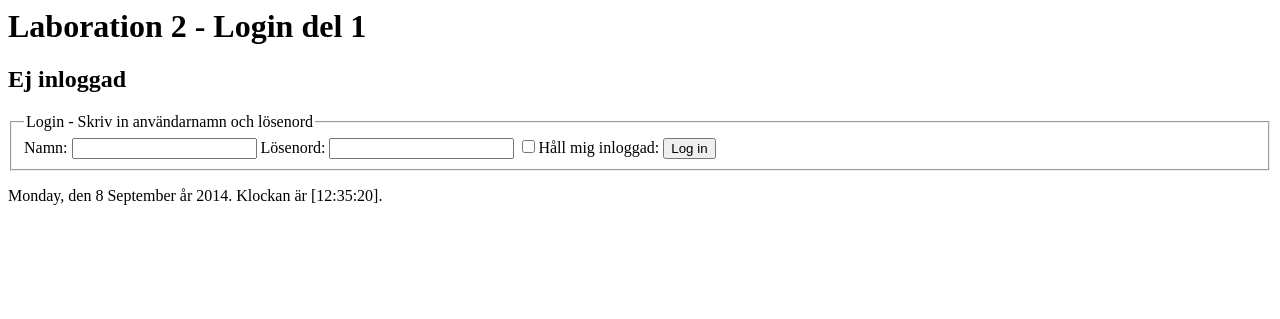
Repository: ed222an/1DV408-Laborationer
Page: http://localhost/
These files come from the project's save history. The page is drawn as it stood at one moment and after the next save; the edit follows.
The browser window is 1280 px wide. The pictures show the whole page.
The page is run by PHP 8.4 with error messages shown; the project is at /var/www/html/.

Above is the page before, as saved 2014-09-08 13:14:01.

### Labb2/Loginsystem/index.php
<?php
	setlocale(LC_ALL , "swedish"); // Ställer in sidans format så att månad, år, tid etc. visas på svenska.

	// Variabler
	$weekDay = ucfirst(utf8_encode(strftime("%A"))); // Hittar veckodagen, kodar om ? till Å,Ä,Ö och gör den första bokstaven stor.
	$month = ucfirst(strftime("%B")); // Hittar månaden och gör den första bokstaven stor.
	$year = strftime("%Y");
	$time = strftime("%H:%M:%S");
	$format = '%e'; // Fixar formatet så att datumet anpassas för olika platformar. Lösning hittade på http://php.net/manual/en/function.strftime.php

	// Kontrollerar ifall windowsformatet används och ersätter %e med en fungerande del.
	if (strtoupper(substr(PHP_OS, 0, 3)) == 'WIN')
	{
    	$format = preg_replace('#(?<!%)((?:%%)*)%e#', '\1%#d', $format);
	}

	echo "<html>
			<head>
				<title>Laboration 2 - Login del 1</title>
				<meta charset='utf-8'>
			</head>
			<body>
				<h1>Laboration 2 - Login del 1</h1>
				<h2>Ej inloggad</h2>
				<form id='loginForm'>
					<fieldset>
						<legend>Login - Skriv in användarnamn och lösenord</legend>
						Namn: <input type='text' name='userName'> Lösenord: <input type='password' name='userPassword'> <input type='checkbox' name='stayLoggedIn'>Håll mig inloggad:
						<button type='submit' form='loginForm' value='Submit'>Log in</button>
					</fieldset>
				</form>
				" . strftime('' . $weekDay . ', den ' . $format . ' '. $month . ' år ' . $year . '. Klockan är [' . $time . ']') . ".
			</body>
		</html>";
?>

After the next save:
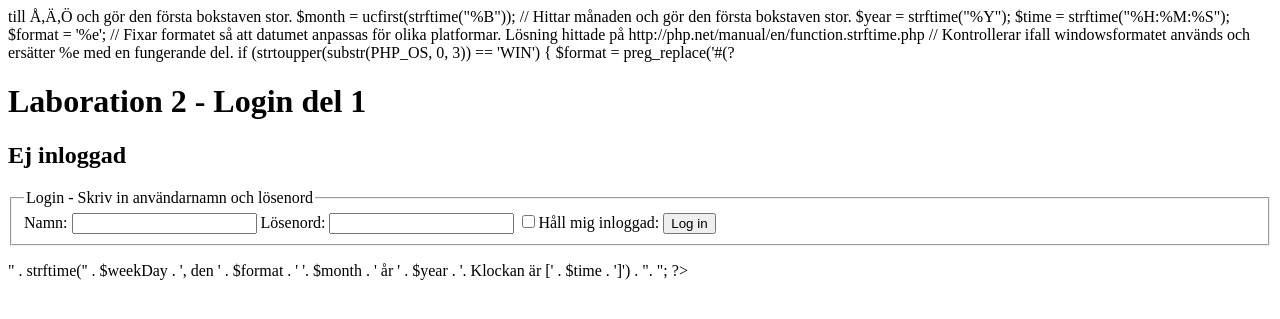
Saved 8 s later.
--- a/Labb2/Loginsystem/index.php
+++ b/Labb2/Loginsystem/index.php
@@ -2,7 +2,7 @@
 	setlocale(LC_ALL , "swedish"); // Ställer in sidans format så att månad, år, tid etc. visas på svenska.
 
 	// Variabler
-	$weekDay = ucfirst(utf8_encode(strftime("%A"))); // Hittar veckodagen, kodar om ? till Å,Ä,Ö och gör den första bokstaven stor.
+	$weekDay = ucfirst(utf8_encode(strftime("%A"))); // Hittar veckodagen, kodar om <?> till Å,Ä,Ö och gör den första bokstaven stor.
 	$month = ucfirst(strftime("%B")); // Hittar månaden och gör den första bokstaven stor.
 	$year = strftime("%Y");
 	$time = strftime("%H:%M:%S");

After the save that followed:
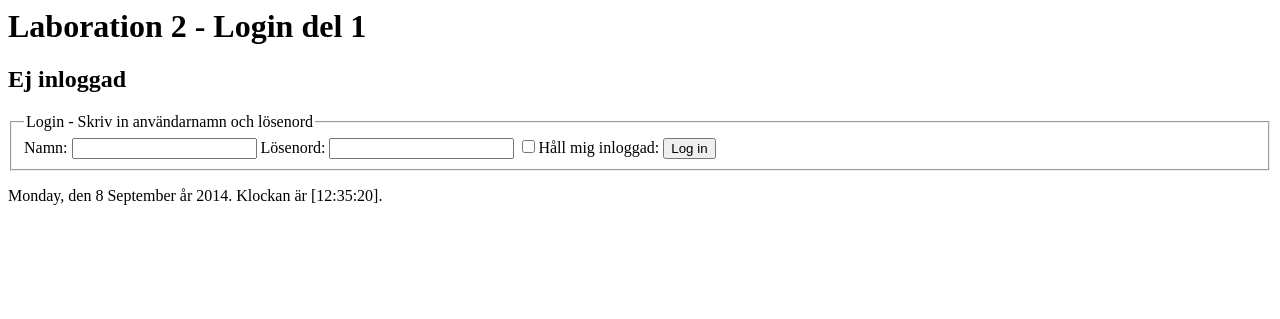
Saved 5 s later.
--- a/Labb2/Loginsystem/index.php
+++ b/Labb2/Loginsystem/index.php
@@ -2,7 +2,7 @@
 	setlocale(LC_ALL , "swedish"); // Ställer in sidans format så att månad, år, tid etc. visas på svenska.
 
 	// Variabler
-	$weekDay = ucfirst(utf8_encode(strftime("%A"))); // Hittar veckodagen, kodar om <?> till Å,Ä,Ö och gör den första bokstaven stor.
+	$weekDay = ucfirst(utf8_encode(strftime("%A"))); // Hittar veckodagen, kodar om ? till Å,Ä,Ö och gör den första bokstaven stor.
 	$month = ucfirst(strftime("%B")); // Hittar månaden och gör den första bokstaven stor.
 	$year = strftime("%Y");
 	$time = strftime("%H:%M:%S");
